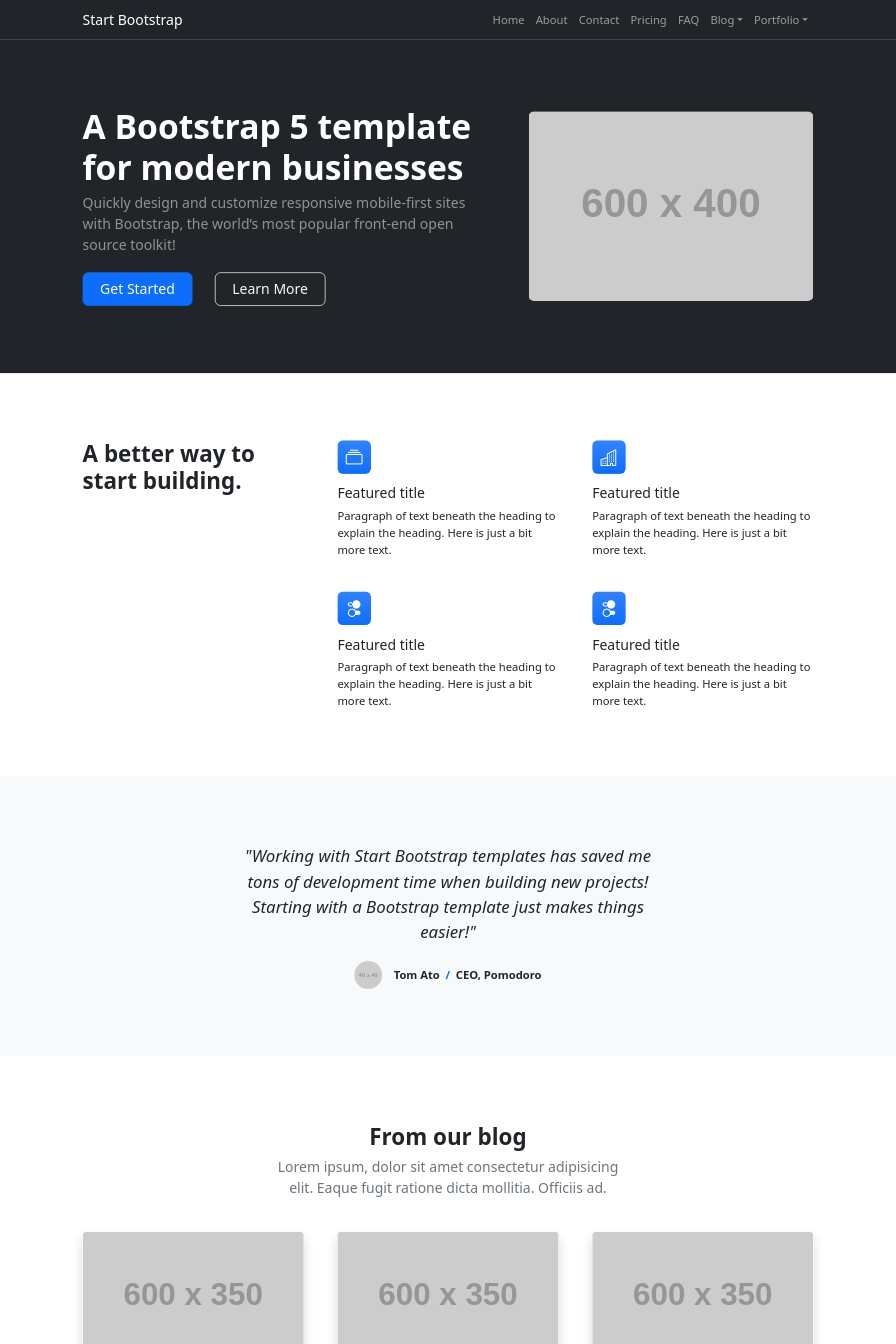
Repository: DragonFruit8/BeTheSpark
Page: index.html
An editor plug-in stored every save of this project. The page is shown before and after a run of saves, followed by the edit.
The browser window is 1280 px wide. The pictures show the part of the page from y = 0 to 1920 px (the page is 2677 px tall before and 2663 px after), at 70% of full size.

Above is the page before, as saved 2024-01-04 12:29:24.

### index.html
<!DOCTYPE html>
<html lang="en">
    <head>
        <meta charset="utf-8" />
        <meta name="viewport" content="width=device-width, initial-scale=1, shrink-to-fit=no" />
        <meta name="description" content="" />
        <meta name="author" content="" />
        <title>Modern Business - Start Bootstrap Template</title>
        <!-- Favicon-->
        <link rel="icon" type="image/x-icon" href="assets/favicon.ico" />
        <!-- Bootstrap icons-->
        <link href="https://cdn.jsdelivr.net/npm/bootstrap-icons@1.5.0/font/bootstrap-icons.css" rel="stylesheet" />
        <!-- Core theme CSS (includes Bootstrap)-->
        <link href="css/styles.css" rel="stylesheet" />
    </head>
    <body class="d-flex flex-column h-100">
        <main class="flex-shrink-0">
            <!-- Navigation-->
            <nav class="navbar navbar-expand-lg navbar-dark bg-dark">
                <div class="container px-5">
                    <a class="navbar-brand" href="index.html">Start Bootstrap</a>
                    <button class="navbar-toggler" type="button" data-bs-toggle="collapse" data-bs-target="#navbarSupportedContent" aria-controls="navbarSupportedContent" aria-expanded="false" aria-label="Toggle navigation"><span class="navbar-toggler-icon"></span></button>
                    <div class="collapse navbar-collapse" id="navbarSupportedContent">
                        <ul class="navbar-nav ms-auto mb-2 mb-lg-0">
                            <li class="nav-item"><a class="nav-link" href="index.html">Home</a></li>
                            <li class="nav-item"><a class="nav-link" href="about.html">About</a></li>
                            <li class="nav-item"><a class="nav-link" href="contact.html">Contact</a></li>
                            <li class="nav-item"><a class="nav-link" href="pricing.html">Pricing</a></li>
                            <li class="nav-item"><a class="nav-link" href="faq.html">FAQ</a></li>
                            <li class="nav-item dropdown">
                                <a class="nav-link dropdown-toggle" id="navbarDropdownBlog" href="#" role="button" data-bs-toggle="dropdown" aria-expanded="false">Blog</a>
                                <ul class="dropdown-menu dropdown-menu-end" aria-labelledby="navbarDropdownBlog">
                                    <li><a class="dropdown-item" href="blog-home.html">Blog Home</a></li>
                                    <li><a class="dropdown-item" href="blog-post.html">Blog Post</a></li>
                                </ul>
                            </li>
                            <li class="nav-item dropdown">
                                <a class="nav-link dropdown-toggle" id="navbarDropdownPortfolio" href="#" role="button" data-bs-toggle="dropdown" aria-expanded="false">Portfolio</a>
                                <ul class="dropdown-menu dropdown-menu-end" aria-labelledby="navbarDropdownPortfolio">
                                    <li><a class="dropdown-item" href="portfolio-overview.html">Portfolio Overview</a></li>
                                    <li><a class="dropdown-item" href="portfolio-item.html">Portfolio Item</a></li>
                                </ul>
                            </li>
                        </ul>
                    </div>
                </div>
            </nav>
            <!-- Header-->
            <header class="bg-dark py-5">
                <div class="container px-5">
                    <div class="row gx-5 align-items-center justify-content-center">
                        <div class="col-lg-8 col-xl-7 col-xxl-6">
                            <div class="my-5 text-center text-xl-start">
                                <h1 class="display-5 fw-bolder text-white mb-2">A Bootstrap 5 template for modern businesses</h1>
                                <p class="lead fw-normal text-white-50 mb-4">Quickly design and customize responsive mobile-first sites with Bootstrap, the world’s most popular front-end open source toolkit!</p>
                                <div class="d-grid gap-3 d-sm-flex justify-content-sm-center justify-content-xl-start">
                                    <a class="btn btn-primary btn-lg px-4 me-sm-3" href="#features">Get Started</a>
                                    <a class="btn btn-outline-light btn-lg px-4" href="#!">Learn More</a>
                                </div>
                            </div>
                        </div>
                        <div class="col-xl-5 col-xxl-6 d-none d-xl-block text-center"><img class="img-fluid rounded-3 my-5" src="https://dummyimage.com/600x400/343a40/6c757d" alt="..." /></div>
                    </div>
                </div>
            </header>
            <!-- Features section-->
            <section class="py-5" id="features">
                <div class="container px-5 my-5">
                    <div class="row gx-5">
                        <div class="col-lg-4 mb-5 mb-lg-0"><h2 class="fw-bolder mb-0">A better way to start building.</h2></div>
                        <div class="col-lg-8">
                            <div class="row gx-5 row-cols-1 row-cols-md-2">
                                <div class="col mb-5 h-100">
                                    <div class="feature bg-primary bg-gradient text-white rounded-3 mb-3"><i class="bi bi-collection"></i></div>
                                    <h2 class="h5">Featured title</h2>
                                    <p class="mb-0">Paragraph of text beneath the heading to explain the heading. Here is just a bit more text.</p>
                                </div>
                                <div class="col mb-5 h-100">
                                    <div class="feature bg-primary bg-gradient text-white rounded-3 mb-3"><i class="bi bi-building"></i></div>
                                    <h2 class="h5">Featured title</h2>
                                    <p class="mb-0">Paragraph of text beneath the heading to explain the heading. Here is just a bit more text.</p>
                                </div>
                                <div class="col mb-5 mb-md-0 h-100">
                                    <div class="feature bg-primary bg-gradient text-white rounded-3 mb-3"><i class="bi bi-toggles2"></i></div>
                                    <h2 class="h5">Featured title</h2>
                                    <p class="mb-0">Paragraph of text beneath the heading to explain the heading. Here is just a bit more text.</p>
                                </div>
                                <div class="col h-100">
                                    <div class="feature bg-primary bg-gradient text-white rounded-3 mb-3"><i class="bi bi-toggles2"></i></div>
                                    <h2 class="h5">Featured title</h2>
                                    <p class="mb-0">Paragraph of text beneath the heading to explain the heading. Here is just a bit more text.</p>
                                </div>
                            </div>
                        </div>
                    </div>
                </div>
            </section>
            <!-- Testimonial section-->
            <div class="py-5 bg-light">
                <div class="container px-5 my-5">
                    <div class="row gx-5 justify-content-center">
                        <div class="col-lg-10 col-xl-7">
                            <div class="text-center">
                                <div class="fs-4 mb-4 fst-italic">"Working with Start Bootstrap templates has saved me tons of development time when building new projects! Starting with a Bootstrap template just makes things easier!"</div>
                                <div class="d-flex align-items-center justify-content-center">
                                    <img class="rounded-circle me-3" src="https://dummyimage.com/40x40/ced4da/6c757d" alt="..." />
                                    <div class="fw-bold">
                                        Tom Ato
                                        <span class="fw-bold text-primary mx-1">/</span>
                                        CEO, Pomodoro
                                    </div>
                                </div>
                            </div>
                        </div>
                    </div>
                </div>
            </div>
            <!-- Blog preview section-->
            <section class="py-5">
                <div class="container px-5 my-5">
                    <div class="row gx-5 justify-content-center">
                        <div class="col-lg-8 col-xl-6">
                            <div class="text-center">
                                <h2 class="fw-bolder">From our blog</h2>
                                <p class="lead fw-normal text-muted mb-5">Lorem ipsum, dolor sit amet consectetur adipisicing elit. Eaque fugit ratione dicta mollitia. Officiis ad.</p>
                            </div>
                        </div>
                    </div>
                    <div class="row gx-5">
                        <div class="col-lg-4 mb-5">
                            <div class="card h-100 shadow border-0">
                                <img class="card-img-top" src="https://dummyimage.com/600x350/ced4da/6c757d" alt="..." />
                                <div class="card-body p-4">
                                    <div class="badge bg-primary bg-gradient rounded-pill mb-2">News</div>
                                    <a class="text-decoration-none link-dark stretched-link" href="#!"><h5 class="card-title mb-3">Blog post title</h5></a>
                                    <p class="card-text mb-0">Some quick example text to build on the card title and make up the bulk of the card's content.</p>
                                </div>
                                <div class="card-footer p-4 pt-0 bg-transparent border-top-0">
                                    <div class="d-flex align-items-end justify-content-between">
                                        <div class="d-flex align-items-center">
                                            <img class="rounded-circle me-3" src="https://dummyimage.com/40x40/ced4da/6c757d" alt="..." />
                                            <div class="small">
                                                <div class="fw-bold">Kelly Rowan</div>
                                                <div class="text-muted">March 12, 2023 &middot; 6 min read</div>
                                            </div>
                                        </div>
                                    </div>
                                </div>
                            </div>
                        </div>
                        <div class="col-lg-4 mb-5">
                            <div class="card h-100 shadow border-0">
                                <img class="card-img-top" src="https://dummyimage.com/600x350/adb5bd/495057" alt="..." />
                                <div class="card-body p-4">
                                    <div class="badge bg-primary bg-gradient rounded-pill mb-2">Media</div>
                                    <a class="text-decoration-none link-dark stretched-link" href="#!"><h5 class="card-title mb-3">Another blog post title</h5></a>
                                    <p class="card-text mb-0">This text is a bit longer to illustrate the adaptive height of each card. Some quick example text to build on the card title and make up the bulk of the card's content.</p>
                                </div>
                                <div class="card-footer p-4 pt-0 bg-transparent border-top-0">
                                    <div class="d-flex align-items-end justify-content-between">
                                        <div class="d-flex align-items-center">
                                            <img class="rounded-circle me-3" src="https://dummyimage.com/40x40/ced4da/6c757d" alt="..." />
                                            <div class="small">
                                                <div class="fw-bold">Josiah Barclay</div>
                                                <div class="text-muted">March 23, 2023 &middot; 4 min read</div>
                                            </div>
                                        </div>
                                    </div>
                                </div>
                            </div>
                        </div>
                        <div class="col-lg-4 mb-5">
                            <div class="card h-100 shadow border-0">
                                <img class="card-img-top" src="https://dummyimage.com/600x350/6c757d/343a40" alt="..." />
                                <div class="card-body p-4">
                                    <div class="badge bg-primary bg-gradient rounded-pill mb-2">News</div>
                                    <a class="text-decoration-none link-dark stretched-link" href="#!"><h5 class="card-title mb-3">The last blog post title is a little bit longer than the others</h5></a>
                                    <p class="card-text mb-0">Some more quick example text to build on the card title and make up the bulk of the card's content.</p>
                                </div>
                                <div class="card-footer p-4 pt-0 bg-transparent border-top-0">
                                    <div class="d-flex align-items-end justify-content-between">
                                        <div class="d-flex align-items-center">
                                            <img class="rounded-circle me-3" src="https://dummyimage.com/40x40/ced4da/6c757d" alt="..." />
                                            <div class="small">
                                                <div class="fw-bold">Evelyn Martinez</div>
                                                <div class="text-muted">April 2, 2023 &middot; 10 min read</div>
                                            </div>
                                        </div>
                                    </div>
                                </div>
                            </div>
                        </div>
                    </div>
                    <!-- Call to action-->
                    <aside class="bg-primary bg-gradient rounded-3 p-4 p-sm-5 mt-5">
                        <div class="d-flex align-items-center justify-content-between flex-column flex-xl-row text-center text-xl-start">
                            <div class="mb-4 mb-xl-0">
                                <div class="fs-3 fw-bold text-white">New products, delivered to you.</div>
                                <div class="text-white-50">Sign up for our newsletter for the latest updates.</div>
                            </div>
                            <div class="ms-xl-4">
                                <div class="input-group mb-2">
                                    <input class="form-control" type="text" placeholder="Email address..." aria-label="Email address..." aria-describedby="button-newsletter" />
                                    <button class="btn btn-outline-light" id="button-newsletter" type="button">Sign up</button>
                                </div>
                                <div class="small text-white-50">We care about privacy, and will never share your data.</div>
                            </div>
                        </div>
                    </aside>
                </div>
            </section>
        </main>
        <!-- Footer-->
        <footer class="bg-dark py-4 mt-auto">
            <div class="container px-5">
                <div class="row align-items-center justify-content-between flex-column flex-sm-row">
                    <div class="col-auto"><div class="small m-0 text-white">Copyright &copy; Your Website 2023</div></div>
                    <div class="col-auto">
                        <a class="link-light small" href="#!">Privacy</a>
                        <span class="text-white mx-1">&middot;</span>
                        <a class="link-light small" href="#!">Terms</a>
                        <span class="text-white mx-1">&middot;</span>
                        <a class="link-light small" href="#!">Contact</a>
                    </div>
                </div>
            </div>
        </footer>
        <!-- Bootstrap core JS-->
        <script src="https://cdn.jsdelivr.net/npm/bootstrap@5.2.3/dist/js/bootstrap.bundle.min.js"></script>
        <!-- Core theme JS-->
        <script src="js/scripts.js"></script>
    </body>
</html>

Loaded but not shown: css/styles.css (library); js/scripts.js (common file)

After the next 2 saves:
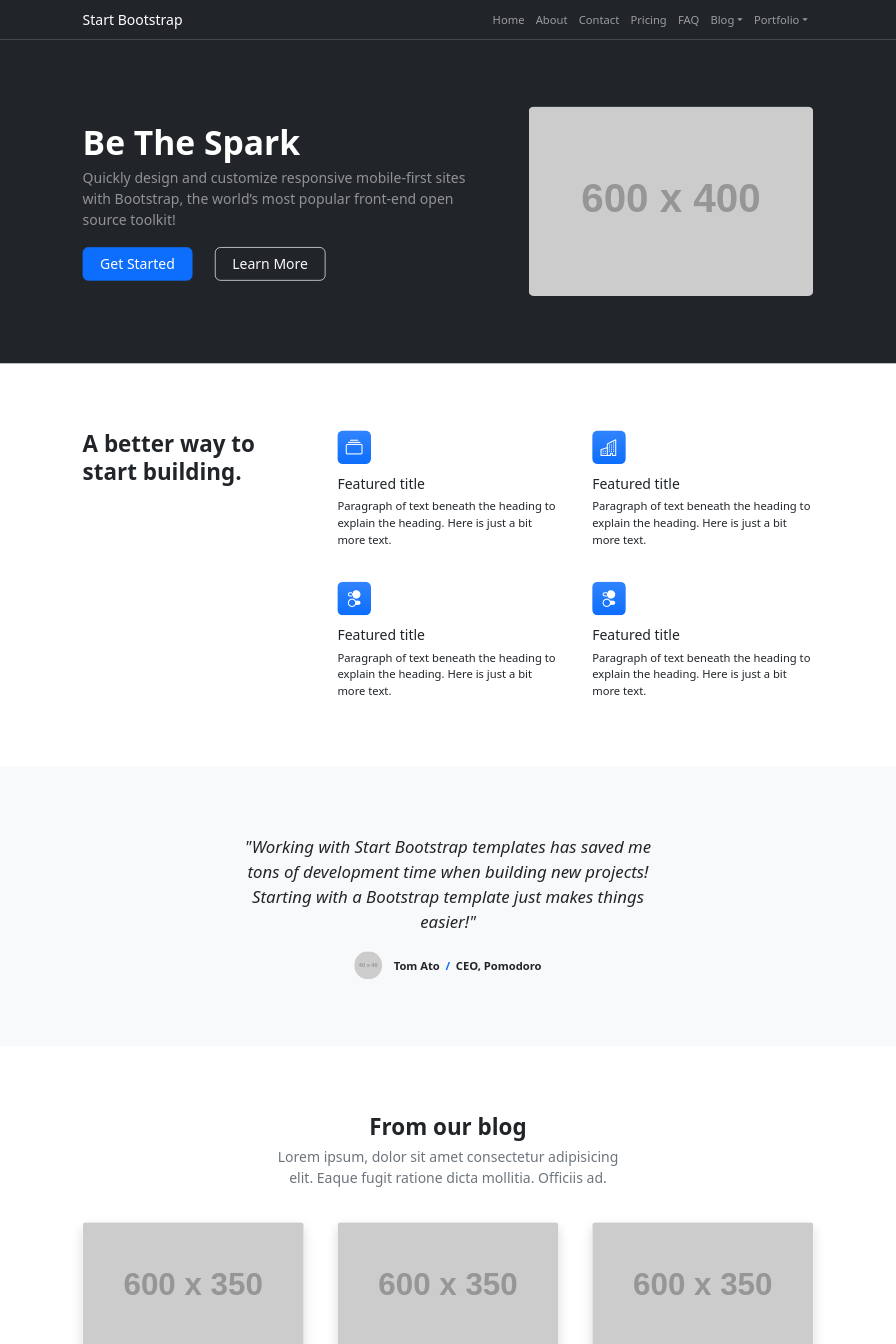
The 2 saves are shown as one change because they came seconds apart.
The last was saved 19 h 40 min later.
--- a/index.html
+++ b/index.html
@@ -51,7 +51,7 @@
                     <div class="row gx-5 align-items-center justify-content-center">
                         <div class="col-lg-8 col-xl-7 col-xxl-6">
                             <div class="my-5 text-center text-xl-start">
-                                <h1 class="display-5 fw-bolder text-white mb-2">A Bootstrap 5 template for modern businesses</h1>
+                                <h1 class="display-5 fw-bolder text-white mb-2">Be The Spark</h1>
                                 <p class="lead fw-normal text-white-50 mb-4">Quickly design and customize responsive mobile-first sites with Bootstrap, the world’s most popular front-end open source toolkit!</p>
                                 <div class="d-grid gap-3 d-sm-flex justify-content-sm-center justify-content-xl-start">
                                     <a class="btn btn-primary btn-lg px-4 me-sm-3" href="#features">Get Started</a>
